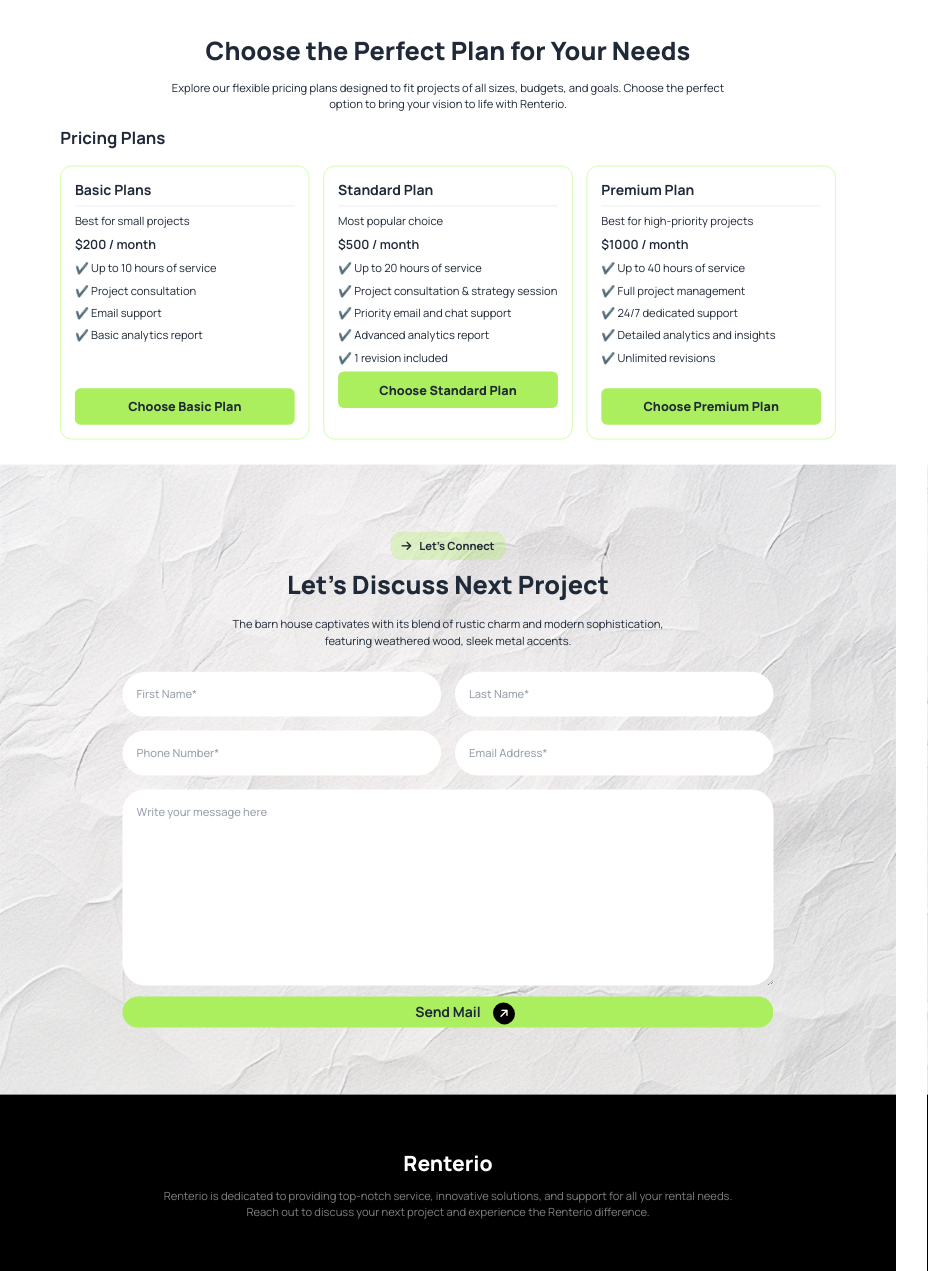
Repository: Tanvir4312/assignment-03
Page: index.html
These files come from the project's save history. The page is drawn as it stood at one moment and after the next save; the edit follows.
The browser window is 1280 px wide. The page is 1325 px wide, so the pictures cover 1325 px, including what lies to the right of the window. The pictures show the part of the page from y = 3094 to 4934 px (the page is 4910 px tall before and 4934 px after), at 70% of full size.
Some web libraries are served in a nearby version.

Above is the page before, as saved 2024-10-30 21:38:55.

After the next save:
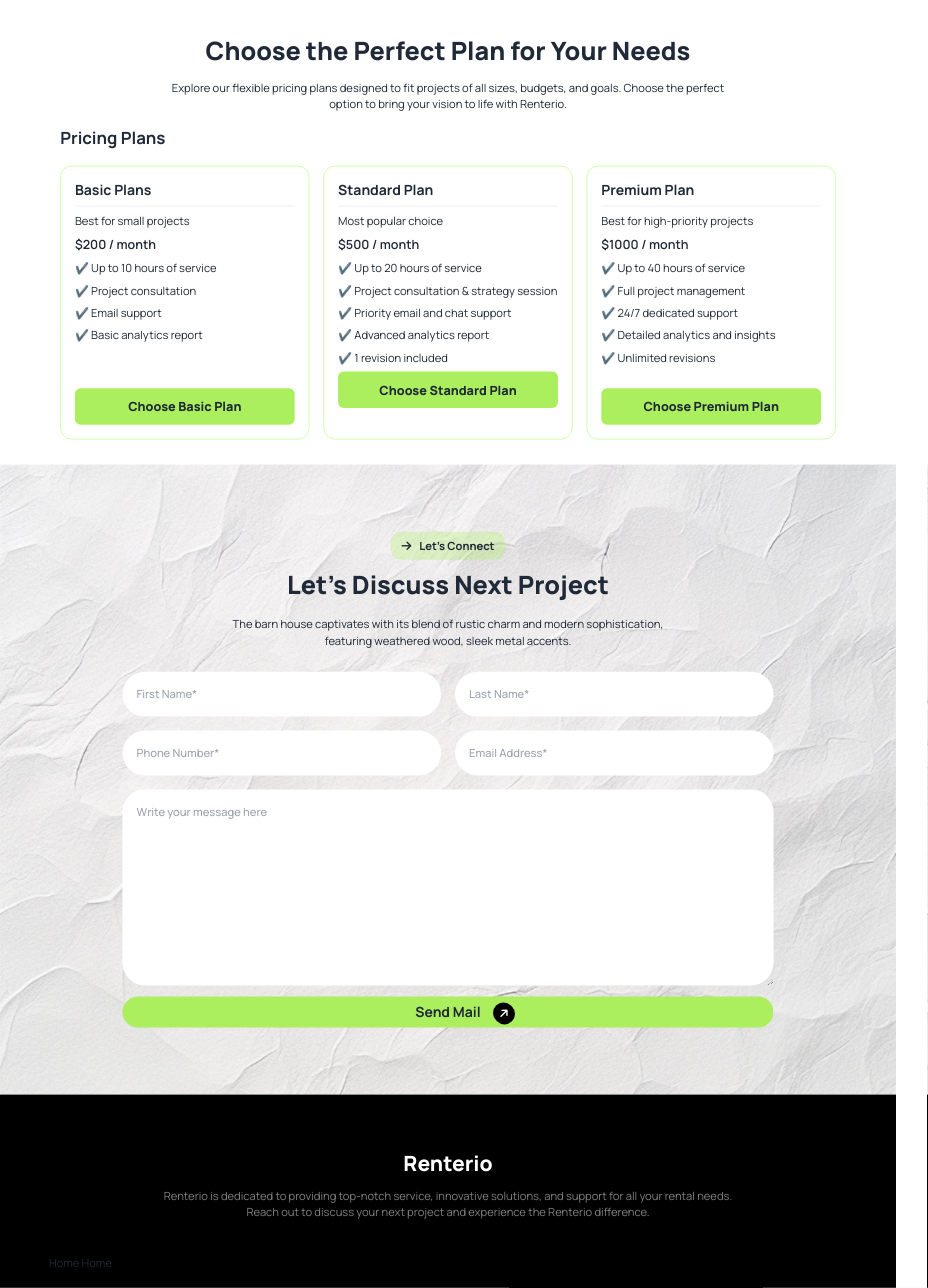
Saved 96 s later.
--- a/index.html
+++ b/index.html
@@ -402,6 +402,10 @@
                 <h1 class="text-xl md:text-3xl font-extrabold pt-14">Renterio</h1>
                 <p class="pt-4 pb-12 opacity-50">Renterio is dedicated to providing top-notch service, innovative solutions, and support for all your rental needs. <br> Reach out to discuss your next project and experience the Renterio difference.</p>
             </div>
+            <div>
+                <a href="">Home</a>
+                <a href="">Home</a>
+            </div>
 
         </div>
     </footer>
